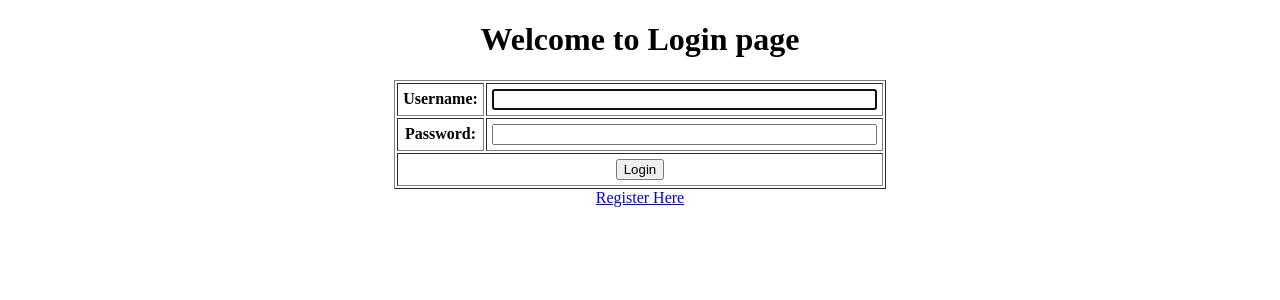
Repository: jrule5960/Tree-Cutting-Database
Page: http://localhost/database/
These files come from the project's save history. The page is drawn as it stood at one moment and after the next save; the edit follows.
The browser window is 1280 px wide. The pictures show the whole page.
The page is served by Tomcat 9. Other server files are loaded and not shown.

Above is the page before, as saved 2023-10-15 15:17:11.

### database/WebContent/login.jsp
<%@ page language="java" contentType="text/html; charset=ISO-8859-1"
    pageEncoding="ISO-8859-1"%>
<!DOCTYPE html>
<html>
<head>
<meta charset="ISO-8859-1">
<title>Login to Database</title>
</head>
<body>
 <center>	<h1> Welcome to Login page </h1> </center>
	<div align="center">
		<p> ${loginFailedStr} </p>
		<form action="login" method="post">
			<table border="1" cellpadding="5">
				<tr>
					<th>Username: </th>
					<td>
						<input type="text" name="email" size="45" autofocus>
					</td>
				</tr>
				<tr>
					<th>Password: </th>
					<td>
						<input type="password" name="password" size="45">
					</td>
				</tr>
				<tr>
					<td colspan="2" align="center">
						<input type="submit" value="Login"/>
					</td>
				</tr>
			</table>
			<a href="register.jsp" target="_self">Register Here</a>
		</form>
	</div>
</body>
</html>

After the next save:
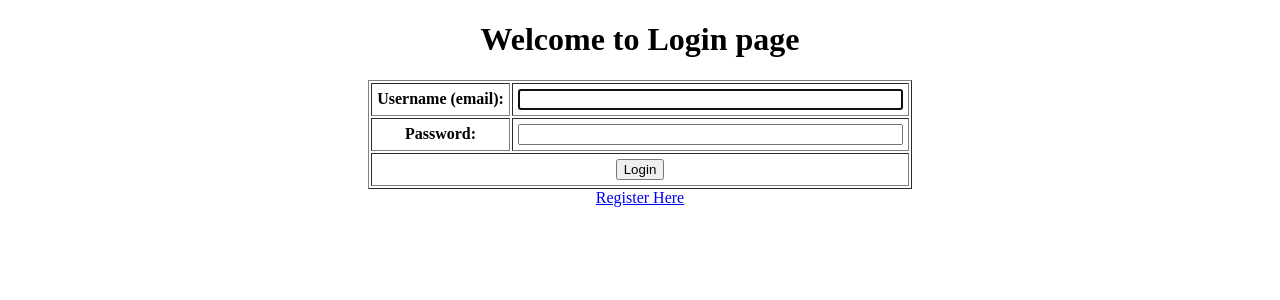
Saved 109 s later.
--- a/database/WebContent/login.jsp
+++ b/database/WebContent/login.jsp
@@ -13,7 +13,7 @@
 		<form action="login" method="post">
 			<table border="1" cellpadding="5">
 				<tr>
-					<th>Username: </th>
+					<th>Username (email): </th>
 					<td>
 						<input type="text" name="email" size="45" autofocus>
 					</td>
